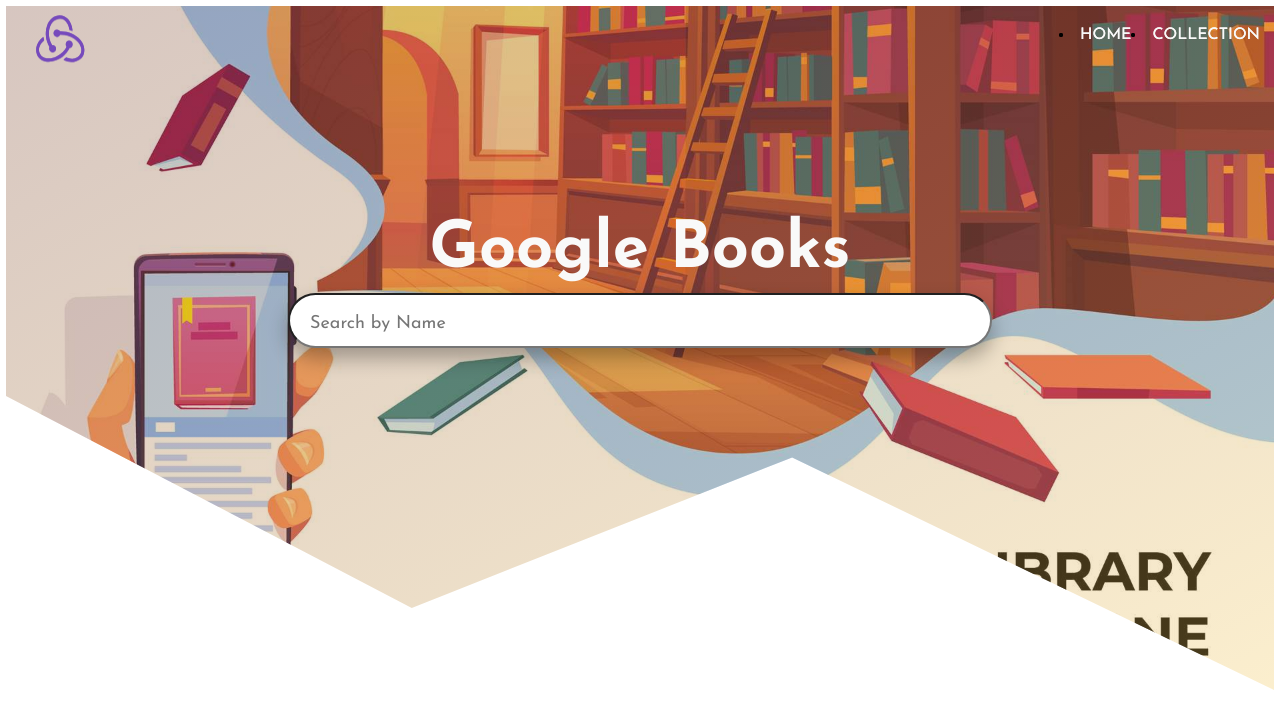
Repository: Kol124/react-book-library
Page: /
These files come from the project's save history. The page is drawn as it stood at one moment and after the next save; the edit follows.
The browser window is 1280 px wide. The pictures show the whole page.
The project was rebuilt for these pictures with package versions that can differ from the ones it lists, and the page was loaded fresh each time.

Above is the page before, as saved 2021-07-13 18:50:16.

### public/index.html
<!DOCTYPE html>
<html lang="en">
  <head>
    <meta charset="utf-8" />
    <link rel="icon" href="%PUBLIC_URL%/favicon.ico" />
    <meta name="viewport" content="width=device-width, initial-scale=1" />
    <meta name="theme-color" content="#000000" />
    <meta
      name="description"
      content="Web site created using create-react-app"
    />
    <link rel="apple-touch-icon" href="%PUBLIC_URL%/logo192.png" />
    <!--
      manifest.json provides metadata used when your web app is installed on a
      user's mobile device or desktop. See https://developers.google.com/web/fundamentals/web-app-manifest/
    -->
    <link rel="manifest" href="%PUBLIC_URL%/manifest.json" />
    <!--
      Notice the use of %PUBLIC_URL% in the tags above.
      It will be replaced with the URL of the `public` folder during the build.
      Only files inside the `public` folder can be referenced from the HTML.

      Unlike "/favicon.ico" or "favicon.ico", "%PUBLIC_URL%/favicon.ico" will
      work correctly both with client-side routing and a non-root public URL.
      Learn how to configure a non-root public URL by running `npm run build`.
    -->
    <link rel="stylesheet" href="all.min.css" />
    <title>React Redux App</title>
  </head>
  <body>
    <noscript>You need to enable JavaScript to run this app.</noscript>
    <div id="root"></div>
    <!--
      This HTML file is a template.
      If you open it directly in the browser, you will see an empty page.

      You can add webfonts, meta tags, or analytics to this file.
      The build step will place the bundled scripts into the <body> tag.

      To begin the development, run `npm start` or `yarn start`.
      To create a production bundle, use `npm run build` or `yarn build`.
    -->
  </body>
</html>

### src/index.css
@import url(fonts.css);

*,
*::before,
*::after {
  margin: 0;
  padding: 0;
  box-sizing: inherit;
}

html {
  scroll-behavior: smooth;
  box-sizing: border-box;
  font-size: 62.5%;
}

@media only screen and (max-width: 1024px) {
  html {
    font-size: 52.25%;
  }
}

/* @media only screen and (max-width: 768px) {
  html {
    font-size: 50%;
  }
} */

@media only screen and (max-width: 480px) {
  html {
    font-size: 50%;
  }
}

body {
  font-family: Josefin Sans, "Lucida Sans", cursive;
  margin: 0.6rem;
}

a {
  color: #f9f9f9;
  text-decoration: none;
}

.App-logo {
  height: 8.5vmin;
  pointer-events: none;
}

@media (prefers-reduced-motion: no-preference) {
  .App-logo {
    animation: App-logo-float infinite 3s ease-in-out;
  }
}

@keyframes App-logo-float {
  0% {
    transform: translateY(0);
  }
  50% {
    transform: translateY(5px);
  }
  100% {
    transform: translateY(0px);
  }
}

### src/App.js
import React from "react";
import Home from "./components/Home";
import Nav from "./components/Nav";
import { BrowserRouter as Router, Switch, Route } from "react-router-dom";

function App() {
  return (
    <Router>
      <Nav />
      <Switch>
        <Route exact path="/">
          <Home />
        </Route>
      </Switch>
    </Router>
  );
}

export default App;

### src/fonts.css
/* josefin-sans-300 - latin */
@font-face {
  font-family: "Josefin Sans";
  font-style: normal;
  font-weight: 300;
  src: url("./fonts/josefin-sans-v17-latin-300.eot"); /* IE9 Compat Modes */
  src: local(""),
    url("./fonts/josefin-sans-v17-latin-300.eot?#iefix")
      format("embedded-opentype"),
    /* IE6-IE8 */ url("./fonts/josefin-sans-v17-latin-300.woff2")
      format("woff2"),
    /* Super Modern Browsers */ url("./fonts/josefin-sans-v17-latin-300.woff")
      format("woff"),
    /* Modern Browsers */ url("./fonts/josefin-sans-v17-latin-300.ttf")
      format("truetype"),
    /* Safari, Android, iOS */
      url("./fonts/josefin-sans-v17-latin-300.svg#JosefinSans") format("svg"); /* Legacy iOS */
}
/* josefin-sans-regular - latin */
@font-face {
  font-family: "Josefin Sans";
  font-style: normal;
  font-weight: 400;
  src: url("./fonts/josefin-sans-v17-latin-regular.eot"); /* IE9 Compat Modes */
  src: local(""),
    url("./fonts/josefin-sans-v17-latin-regular.eot?#iefix")
      format("embedded-opentype"),
    /* IE6-IE8 */ url("./fonts/josefin-sans-v17-latin-regular.woff2")
      format("woff2"),
    /* Super Modern Browsers */
      url("./fonts/josefin-sans-v17-latin-regular.woff") format("woff"),
    /* Modern Browsers */ url("./fonts/josefin-sans-v17-latin-regular.ttf")
      format("truetype"),
    /* Safari, Android, iOS */
      url("./fonts/josefin-sans-v17-latin-regular.svg#JosefinSans")
      format("svg"); /* Legacy iOS */
}
/* josefin-sans-600 - latin */
@font-face {
  font-family: "Josefin Sans";
  font-style: normal;
  font-weight: 600;
  src: url("./fonts/josefin-sans-v17-latin-600.eot"); /* IE9 Compat Modes */
  src: local(""),
    url("./fonts/josefin-sans-v17-latin-600.eot?#iefix")
      format("embedded-opentype"),
    /* IE6-IE8 */ url("./fonts/josefin-sans-v17-latin-600.woff2")
      format("woff2"),
    /* Super Modern Browsers */ url("./fonts/josefin-sans-v17-latin-600.woff")
      format("woff"),
    /* Modern Browsers */ url("./fonts/josefin-sans-v17-latin-600.ttf")
      format("truetype"),
    /* Safari, Android, iOS */
      url("./fonts/josefin-sans-v17-latin-600.svg#JosefinSans") format("svg"); /* Legacy iOS */
}
/* josefin-sans-700 - latin */
@font-face {
  font-family: "Josefin Sans";
  font-style: normal;
  font-weight: 700;
  src: url("./fonts/josefin-sans-v17-latin-700.eot"); /* IE9 Compat Modes */
  src: local(""),
    url("./fonts/josefin-sans-v17-latin-700.eot?#iefix")
      format("embedded-opentype"),
    /* IE6-IE8 */ url("./fonts/josefin-sans-v17-latin-700.woff2")
      format("woff2"),
    /* Super Modern Browsers */ url("./fonts/josefin-sans-v17-latin-700.woff")
      format("woff"),
    /* Modern Browsers */ url("./fonts/josefin-sans-v17-latin-700.ttf")
      format("truetype"),
    /* Safari, Android, iOS */
      url("./fonts/josefin-sans-v17-latin-700.svg#JosefinSans") format("svg"); /* Legacy iOS */
}

/* josefin-slab-300 - latin */
@font-face {
  font-family: "Josefin Slab";
  font-style: normal;
  font-weight: 300;
  src: url("./fonts/josefin-slab-v13-latin-300.eot"); /* IE9 Compat Modes */
  src: local(""),
    url("./fonts/josefin-slab-v13-latin-300.eot?#iefix")
      format("embedded-opentype"),
    /* IE6-IE8 */ url("./fonts/josefin-slab-v13-latin-300.woff2")
      format("woff2"),
    /* Super Modern Browsers */ url("./fonts/josefin-slab-v13-latin-300.woff")
      format("woff"),
    /* Modern Browsers */ url("./fonts/josefin-slab-v13-latin-300.ttf")
      format("truetype"),
    /* Safari, Android, iOS */
      url("./fonts/josefin-slab-v13-latin-300.svg#JosefinSlab") format("svg"); /* Legacy iOS */
}
/* josefin-slab-regular - latin */
@font-face {
  font-family: "Josefin Slab";
  font-style: normal;
  font-weight: 400;
  src: url("./fonts/josefin-slab-v13-latin-regular.eot"); /* IE9 Compat Modes */
  src: local(""),
    url("./fonts/josefin-slab-v13-latin-regular.eot?#iefix")
      format("embedded-opentype"),
    /* IE6-IE8 */ url("./fonts/josefin-slab-v13-latin-regular.woff2")
      format("woff2"),
    /* Super Modern Browsers */
      url("./fonts/josefin-slab-v13-latin-regular.woff") format("woff"),
    /* Modern Browsers */ url("./fonts/josefin-slab-v13-latin-regular.ttf")
      format("truetype"),
    /* Safari, Android, iOS */
      url("./fonts/josefin-slab-v13-latin-regular.svg#JosefinSlab")
      format("svg"); /* Legacy iOS */
}
/* josefin-slab-600 - latin */
@font-face {
  font-family: "Josefin Slab";
  font-style: normal;
  font-weight: 600;
  src: url("./fonts/josefin-slab-v13-latin-600.eot"); /* IE9 Compat Modes */
  src: local(""),
    url("./fonts/josefin-slab-v13-latin-600.eot?#iefix")
      format("embedded-opentype"),
    /* IE6-IE8 */ url("./fonts/josefin-slab-v13-latin-600.woff2")
      format("woff2"),
    /* Super Modern Browsers */ url("./fonts/josefin-slab-v13-latin-600.woff")
      format("woff"),
    /* Modern Browsers */ url("./fonts/josefin-slab-v13-latin-600.ttf")
      format("truetype"),
    /* Safari, Android, iOS */
      url("./fonts/josefin-slab-v13-latin-600.svg#JosefinSlab") format("svg"); /* Legacy iOS */
}
/* josefin-slab-700 - latin */
@font-face {
  font-family: "Josefin Slab";
  font-style: normal;
  font-weight: 700;
  src: url("./fonts/josefin-slab-v13-latin-700.eot"); /* IE9 Compat Modes */
  src: local(""),
    url("./fonts/josefin-slab-v13-latin-700.eot?#iefix")
      format("embedded-opentype"),
    /* IE6-IE8 */ url("./fonts/josefin-slab-v13-latin-700.woff2")
      format("woff2"),
    /* Super Modern Browsers */ url("./fonts/josefin-slab-v13-latin-700.woff")
      format("woff"),
    /* Modern Browsers */ url("./fonts/josefin-slab-v13-latin-700.ttf")
      format("truetype"),
    /* Safari, Android, iOS */
      url("./fonts/josefin-slab-v13-latin-700.svg#JosefinSlab") format("svg"); /* Legacy iOS */
}

/* montserrat-300 - latin */
@font-face {
  font-family: "Montserrat";
  font-style: normal;
  font-weight: 300;
  src: url("./fonts/montserrat-v15-latin-300.eot"); /* IE9 Compat Modes */
  src: local(""),
    url("./fonts/montserrat-v15-latin-300.eot?#iefix")
      format("embedded-opentype"),
    /* IE6-IE8 */ url("./fonts/montserrat-v15-latin-300.woff2") format("woff2"),
    /* Super Modern Browsers */ url("./fonts/montserrat-v15-latin-300.woff")
      format("woff"),
    /* Modern Browsers */ url("./fonts/montserrat-v15-latin-300.ttf")
      format("truetype"),
    /* Safari, Android, iOS */
      url("./fonts/montserrat-v15-latin-300.svg#Montserrat") format("svg"); /* Legacy iOS */
}
/* montserrat-regular - latin */
@font-face {
  font-family: "Montserrat";
  font-style: normal;
  font-weight: 400;
  src: url("./fonts/montserrat-v15-latin-regular.eot"); /* IE9 Compat Modes */
  src: local(""),
    url("./fonts/montserrat-v15-latin-regular.eot?#iefix")
      format("embedded-opentype"),
    /* IE6-IE8 */ url("./fonts/montserrat-v15-latin-regular.woff2")
      format("woff2"),
    /* Super Modern Browsers */ url("./fonts/montserrat-v15-latin-regular.woff")
      format("woff"),
    /* Modern Browsers */ url("./fonts/montserrat-v15-latin-regular.ttf")
      format("truetype"),
    /* Safari, Android, iOS */
      url("./fonts/montserrat-v15-latin-regular.svg#Montserrat") format("svg"); /* Legacy iOS */
}
/* montserrat-500 - latin */
@font-face {
  font-family: "Montserrat";
  font-style: normal;
  font-weight: 500;
  src: url("./fonts/montserrat-v15-latin-500.eot"); /* IE9 Compat Modes */
  src: local(""),
    url("./fonts/montserrat-v15-latin-500.eot?#iefix")
      format("embedded-opentype"),
    /* IE6-IE8 */ url("./fonts/montserrat-v15-latin-500.woff2") format("woff2"),
    /* Super Modern Browsers */ url("./fonts/montserrat-v15-latin-500.woff")
      format("woff"),
    /* Modern Browsers */ url("./fonts/montserrat-v15-latin-500.ttf")
      format("truetype"),
    /* Safari, Android, iOS */
      url("./fonts/montserrat-v15-latin-500.svg#Montserrat") format("svg"); /* Legacy iOS */
}

### src/components/Home.js
import React from "react";
import Header from "./Header";
import styled from "styled-components";

export default function Home() {
  return (
    <>
      <Header />
      <HeroContent>
        <Heading>Google Books</Heading>
        <Search type="text" placeholder="Search by Name" />
      </HeroContent>
    </>
  );
}

const HeroContent = styled.div`
  position: absolute;
  width: 55%;
  top: 40%;
  left: 50%;
  margin: 0 auto;
  transform: translate(-50%, -50%);
`;

const Heading = styled.h1`
  text-align: center;
  font-size: 6.5rem;
  color: #f9f9f9;
  margin-bottom: 1rem;
`;

const Grid = styled.main`
  min-height: calc(100vh - 250px);
  overflow-x: hidden;
  top: 72px;
  display: block;
  position: relative;
  padding: 0 calc(3.5vw + 5px);
`;

const Search = styled.input`
  font-family: "Josefin Sans", cursive;
  padding: 1.5rem 1rem 1rem 2rem;
  margin: 0 auto 1rem auto;
  height: 5.5rem;
  color: #ccc;
  width: 100%;
  outline: none;
  font-size: 1.8rem;
  border-radius: 3rem;
  box-shadow: 0 10px 20px rgba(0, 0, 0, 0.3);
`;

### src/components/Nav.js
import React from "react";
import logo from "../logo.svg";
import { Link } from "react-router-dom";
import styled from "styled-components";

const Nav = () => {
  return (
    <Navigation>
      <Logo>
        <img src={logo} className="App-logo" alt="logo" />
      </Logo>

      <NavMenu>
        <li>
          <Link to="/">Home</Link>
        </li>

        <li>
          <Link to="/">Collection</Link>
        </li>
      </NavMenu>
    </Navigation>
  );
};

const Navigation = styled.nav`
  top: 0;
  right: 0;
  display: flex;
  margin: 0 auto;
  font-size: 1.6rem;
  position: absolute;
  justify-content: space-between;
  align-items: center;
  max-width: 130rem;
  padding: 0 2rem;
  height: 7rem;
  z-index: 3;
  left: 0;
`;

const Logo = styled.a`
  padding: 0;
  width: 80px;
  font-size: 0;
  margin-top: 4px;
  max-height: 70px;
  display: inline-block;

  img {
    display: block;
    width: 100%;
  }
`;

const NavMenu = styled.div`
  text-transform: uppercase;
  position: relative;
  margin-right: 5rem;
  margin: 0px;
  padding: 0px;
  height: 100%;
  display: flex;
  align-items: center;
  flex-flow: row nowrap;
  justify-content: flex-end;

  /* a {
    span {
      color: rgb(249, 249, 249);
      white-space: nowrap;
      line-height: 1.08;
      margin-left: 8px;
      cursor: pointer;
      font-size: 13px;
      padding: 2px 0px;
      position: relative;
      letter-spacing: 1.42px;

      &:before {
        background-color: rgb(249, 249, 249);
        border-radius: 0px 0px 4px 4px;
        position: absolute;
        bottom: -6px;
        content: "";
        height: 2px;
        left: 0px;
        opacity: 0;
        right: 0px;
        width: auto;
        visibility: hidden;
        transform: scaleX(0);
        transform-origin: left center;
        transition: all 250ms cubic-bezier(0.25, 0.46, 0.45, 0.94) 0s;
      }
    }

    &:hover {
      span:before {
        transform: scaleX(1);
        visibility: visible;
        opacity: 1 !important;
      }
    }
  } */
`;

export default Nav;

### src/features/counter/counterSlice.js
import { createSlice } from '@reduxjs/toolkit';

export const counterSlice = createSlice({
  name: 'counter',
  initialState: {
    value: 0,
  },
  reducers: {
    increment: state => {
      // Redux Toolkit allows us to write "mutating" logic in reducers. It
      // doesn't actually mutate the state because it uses the Immer library,
      // which detects changes to a "draft state" and produces a brand new
      // immutable state based off those changes
      state.value += 1;
    },
    decrement: state => {
      state.value -= 1;
    },
    incrementByAmount: (state, action) => {
      state.value += action.payload;
    },
  },
});

export const { increment, decrement, incrementByAmount } = counterSlice.actions;

// The function below is called a thunk and allows us to perform async logic. It
// can be dispatched like a regular action: `dispatch(incrementAsync(10))`. This
// will call the thunk with the `dispatch` function as the first argument. Async
// code can then be executed and other actions can be dispatched
export const incrementAsync = amount => dispatch => {
  setTimeout(() => {
    dispatch(incrementByAmount(amount));
  }, 1000);
};

// The function below is called a selector and allows us to select a value from
// the state. Selectors can also be defined inline where they're used instead of
// in the slice file. For example: `useSelector((state) => state.counter.value)`
export const selectCount = state => state.counter.value;

export default counterSlice.reducer;

### src/components/Header.js
import React from "react";
import Nav from "./Nav";
import styled from "styled-components";

const HeaderBackground = styled.header`
  height: 95vh;
  z-index: -100;
  position: relative;
  background-image: linear-gradient(
      to right bottom,
      rgba(120, 65, 46, 0.3),
      rgb(245, 203, 92, 0.3)
    ),
    url("/images/header-2.jpg");
  background-size: cover;
  background-position: top;
  background-repeat: no-repeat;
  background-attachment: fixed;
  clip-path: polygon(0 0, 100% 0, 100% 100%, 62% 66%, 32% 88%, 0 57%);

  @media only screen and (max-width: 480px) {
    height: 85vh;
  }
`;

const Header = () => {
  return (
    <>
      <Nav />
      <HeaderBackground />
    </>
  );
};

export default Header;

Loaded but not shown: src/index.js (common file); src/app/store.js (common file); src/serviceWorker.js (common file); public/all.min.css (library)

After the next save:
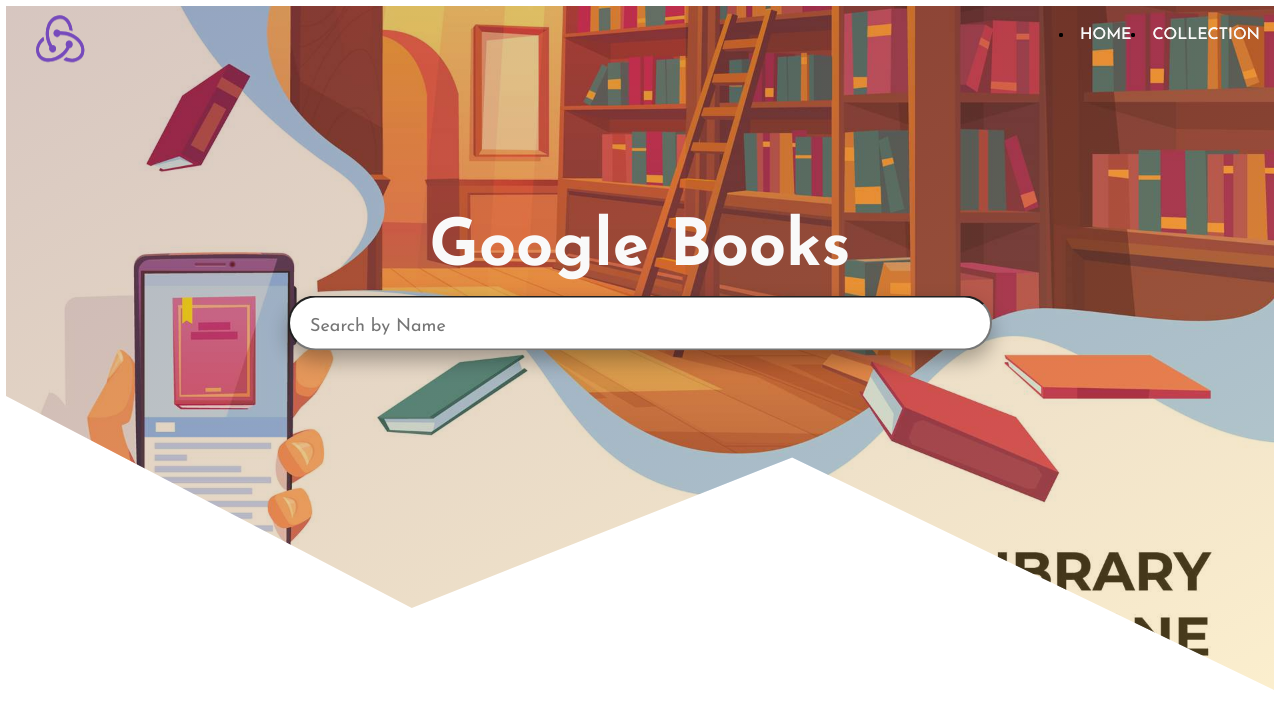
Saved 47 s later.
--- a/src/components/Home.js
+++ b/src/components/Home.js
@@ -27,7 +27,7 @@
   text-align: center;
   font-size: 6.5rem;
   color: #f9f9f9;
-  margin-bottom: 1rem;
+  margin-bottom: 1.5rem;
 `;
 
 const Grid = styled.main`
